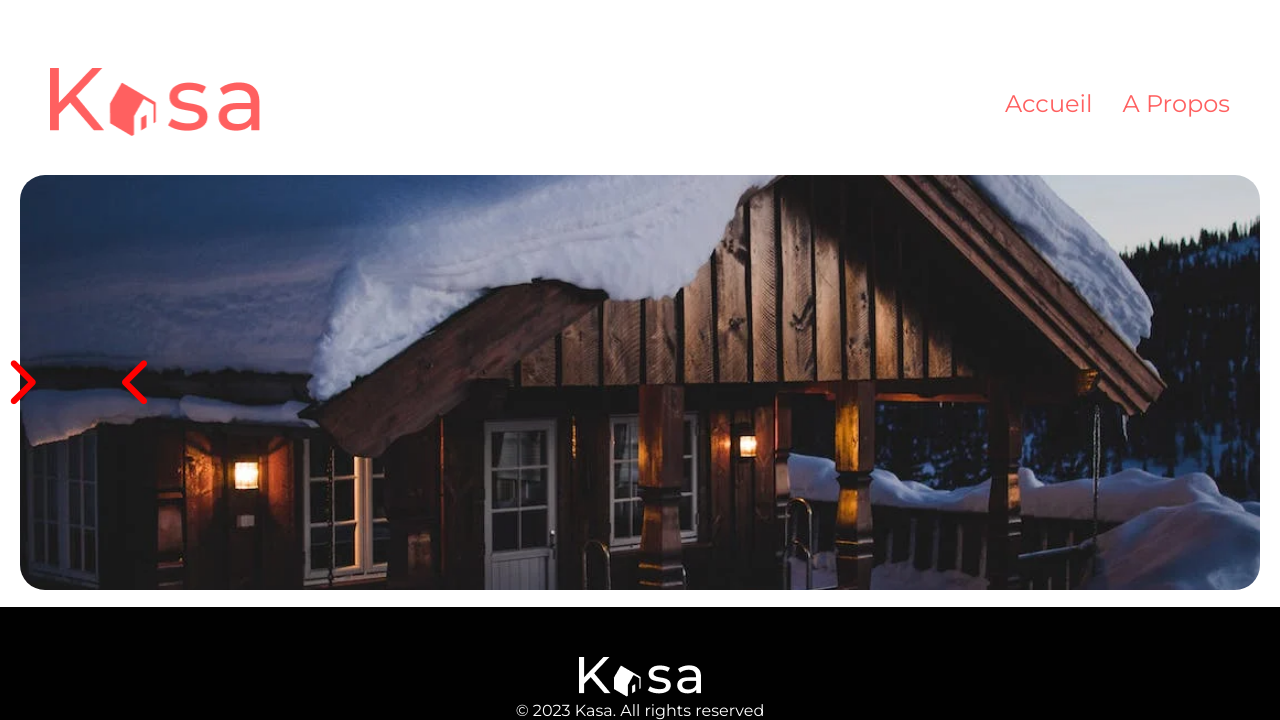
Repository: Ascaris29/Kasa_oc
Page: /essai (app in kasa_project/)
An editor plug-in stored every save of this project. The page is shown before and after the next save, followed by the edit.
The browser window is 1280 px wide. The pictures show the whole page.
Some web libraries are served in a nearby version. The project was rebuilt for these pictures with package versions that can differ from the ones it lists, and the page was loaded fresh each time. Also part of the build but not shown: kasa_project/src/pages/homepage/Homepage.module.scss, kasa_project/src/pages/homepage/components/CardLogement.module.scss, kasa_project/src/pages/homepage/components/CardLogement.js, kasa_project/src/pages/homepage/Homepage.js, kasa_project/src/pages/404/404.module.scss, kasa_project/src/pages/404/404.js, kasa_project/src/pages/a_propos/APropos.module.scss, kasa_project/src/pages/a_propos/components/CardDescription.module.scss and 6 more.

Above is the page before, as saved 2023-03-16 16:21:36.

### kasa_project/public/index.html
<!DOCTYPE html>
<html lang="fr">
  <head>
    <meta charset="utf-8" />
    <link rel="icon" href="%PUBLIC_URL%/favicon.ico" />
    <meta name="viewport" content="width=device-width, initial-scale=1" />
    <meta name="theme-color" content="#000000" />
    <meta
      name="description"
      content="Web site created using create-react-app"
    />
    <link rel="apple-touch-icon" href="%PUBLIC_URL%/logo192.png" />
    <!--
      manifest.json provides metadata used when your web app is installed on a
      user's mobile device or desktop. See https://developers.google.com/web/fundamentals/web-app-manifest/
    -->

    <!----------------------------------------------------------- Fonts ----------------------------------------------------------------------->
    <link rel="preconnect" href="https://fonts.googleapis.com">
    <link rel="preconnect" href="https://fonts.gstatic.com" crossorigin>
    <link href="https://fonts.googleapis.com/css2?family=Montserrat:wght@400;500;600&family=Roboto&display=swap" rel="stylesheet">
    <!----------------------------------------------------------- Icons ----------------------------------------------------------------------->
    <script src="https://kit.fontawesome.com/e65359aae8.js" crossorigin="anonymous"></script>
    <!--
      Notice the use of %PUBLIC_URL% in the tags above.
      It will be replaced with the URL of the `public` folder during the build.
      Only files inside the `public` folder can be referenced from the HTML.

      Unlike "/favicon.ico" or "favicon.ico", "%PUBLIC_URL%/favicon.ico" will
      work correctly both with client-side routing and a non-root public URL.
      Learn how to configure a non-root public URL by running `npm run build`.
    -->
    <title>Kasa</title>
  </head>
  <body>
    <noscript>You need to enable JavaScript to run this app.</noscript>
    <div id="root"></div>
    <!--
      This HTML file is a template.
      If you open it directly in the browser, you will see an empty page.

      You can add webfonts, meta tags, or analytics to this file.
      The build step will place the bundled scripts into the <body> tag.

      To begin the development, run `npm start` or `yarn start`.
      To create a production bundle, use `npm run build` or `yarn build`.
    -->
  </body>
</html>

### kasa_project/src/index.js
import React from 'react';
import ReactDOM from 'react-dom/client';
import App from './App';
import reportWebVitals from './reportWebVitals';
import './assets/styles/index.scss';
import { RouterProvider } from 'react-router-dom';
import { router } from "./router";

const root = ReactDOM.createRoot(document.getElementById('root'));
root.render(
  <React.StrictMode>
    <RouterProvider router={router} />
  </React.StrictMode>
);

// If you want to start measuring performance in your app, pass a function
// to log results (for example: reportWebVitals(console.log))
// or send to an analytics endpoint. Learn more: https://bit.ly/CRA-vitals
reportWebVitals();

### kasa_project/src/App.js
import Header from "./components/header/Header";
import Footer from "./components/footer/Footer";
import style from "./App.module.scss";
import Homepage from "./pages/homepage/Homepage";
import { Outlet } from "react-router-dom";

function App() {
  return (
      <div className={`${style.app} d-flex flex-column`}>
        <Header />
          <Outlet />
        <Footer />
      </div>
  );
}

export default App;

### kasa_project/src/assets/styles/index.scss
@use './base';
@use './flex';
@use './mixins';
@use './utils';
@use './variables';

### kasa_project/src/router.js
import { createBrowserRouter } from 'react-router-dom';
import App from './App';
import Error404 from './pages/404/404';
import APropos from './pages/a_propos/APropos';
import Homepage from './pages/homepage/Homepage';
import Caroussel from './pages/logement/components/caroussel/Caroussel';
import FicheLogement from './pages/logement/FicheLogement';


export const router = createBrowserRouter([
    {
        path : "/",
        element : <App />,
        errorElement: <Error404 />,
        children : [
            {
                path : "/",
                element : <Homepage />
            } ,
            {
                path : "/homepage",
                element : <Homepage />
            },
            {
                path: "/apropos",
                element : <APropos />
            },
            {
                path: "/logement/:id",
                element : <FicheLogement />
            },
            {
                path: "/essai",
                element: <Caroussel />
            }
        ],
    }
])

### kasa_project/src/components/header/Header.js
import image from "../../assets/images/logo_header.png";
import style from "./Header.module.scss";
import { Link, NavLink } from "react-router-dom";

export default function Header(){
    return (
        <header className={`${style.header} d-flex justify-between align-center`}>
            <Link className={`${style.headerIcon}`} to="/homepage">
                <img src={image} alt="logo du site Kasa representant une maison"/>
            </Link>
            <div className={`${style.headerNav}`}>
                <ul className="d-flex">
                    <NavLink
                    className={`${style.headerItems} m-r-30`}
                    to="/homepage"
                    end
                    >
                    Accueil
                    </NavLink>
                    <NavLink
                    className={`${style.headerItems}`}
                    to="/apropos"
                    >
                    A Propos
                    </NavLink>
                </ul>
            </div>
        </header>
    )
}

### kasa_project/src/components/footer/Footer.js
import style from "./Footer.module.scss";
import image from "../../assets/images/logo_footer.png";

export default function Footer(){
    return (
        <footer className={`${style.footer} d-flex p-t-50 flex-column justify-center align-center`}>
            <div className={`${style.footerLogo} `}>
                <img src={image} alt="" />
            </div>
            <div className="footerText">
                <p>© 2023 Kasa. All rights reserved</p>
            </div>
        </footer>
    )
}

### kasa_project/src/App.module.scss
.app{
    min-height:100vh;
}

### kasa_project/src/assets/styles/_base.scss

*{
    box-sizing: border-box;
}

body{
    margin:0;
    padding:0;
    font-family: var(--montserrat);

}

p{
    margin:0;
}

li{
    list-style-type: none;

}

.link{
    color:var(--primary);
    font-size:18px;
}

.active{
    text-decoration:underline;
}

### kasa_project/src/assets/styles/_flex.scss
.d-flex{
    display: flex;
}

.flex-column{
    flex-direction : column;
}

.flex-row{
    flex-direction: row;
}

.justify-center{
    justify-content: center;
}

.align-center{
    align-items: center;
}

.flex-fill{
    flex : 1 1 auto;
}

.justify-between{
    justify-content: space-between;
}

### kasa_project/src/assets/styles/_mixins.scss
@mixin xs{
    @media (max-width:576px){
        @content;
    }
}

@mixin sm{
    @media (min-width : 577px) and (max-width : 768px){
        @content;
    }
}

@mixin sm-lt{
    @media (max-width : 768px){
        @content;
    }
}

@mixin md{
    @media (min-width : 769px) and (max-width : 992px){
        @content;
    }
}

@mixin md-lt{
    @media (max-width : 992px){
        @content;
    }
}

@mixin lg{
    @media (min-width : 993px) and (max-width : 1200px){
        @content;
    }
}

@mixin lg-lt{
    @media (max-width : 1200px){
        @content;
    }
}

@mixin xl{
    @media (min-width : 1201px){
        @content;
    }
}

### kasa_project/src/assets/styles/_utils.scss
/*------------------------------------ General ------------------------------*/
.container{
    max-width:1200px;
    margin: auto;
    width:100%;
}
.card{

}
.calc{
    position:fixed;
    top:0;
    left:0;
    width:100%;
    height:100vh;
}

/*------------------------------------ Padding ------------------------------*/
.p-5{
    padding: 5px;
}
.p-10{
    padding:10px;
}
.p-20{
   padding:20px;
}
.p-30{
    padding:30px;
}
.p-40{
    padding:40px;
}
.p-50{
    padding:50px;
}

.p-b-5{
   padding-bottom: 5px;
}
.p-b-10{
   padding-bottom: 10px;
}
.p-b-20{
    padding-bottom: 20px;
}
.p-b-30{
    padding-bottom: 30px;
}
.p-b-40{
    padding-bottom: 40px;
}
.p-b-50{
    padding-bottom: 50px;
}


.p-t-5{
    padding-top: 5px;
}
.p-t-10{
    padding-top: 10px;
}
.p-t-20{
     padding-top: 20px;
}
.p-t-30{
     padding-top: 30px;
}
.p-t-40{
    padding-top: 40px;
}
.p-t-50{
    padding-top: 50px;
}


.p-l-5{
    padding-left: 5px;
}
.p-l-10{
    padding-left: 10px;
}
.p-l-20{
     padding-left: 20px;
}
.p-l-30{
     padding-left: 30px;
}
.p-l-40{
    padding-left: 40px;
}
.p-l-50{
    padding-left: 50px;
}



.p-r-5{
    padding-right: 5px;
}
.p-r-10{
    padding-right: 10px;
}
.p-r-20{
     padding-right: 20px;
}
.p-r-30{
     padding-right: 30px;
}
.p-r-40{
    padding-right: 40px;
}
.p-r-50{
    padding-right: 50px;
}


/*------------------------------------------------ Margin -------------------------------------------*/

.m-auto{
    margin:auto;
}
.m-5{
    margin: 5px;
}
.m-10{
    margin:10px;
}
.m-20{
   margin:20px;
}
.m-30{
    margin:30px;
}
.m-40{
    margin:40px;
}
.m-50{
    margin:50px;
}



.m-b-5{
    margin-bottom: 5px;
}
.m-b-10{
    margin-bottom: 10px;
}
.m-b-20{
    margin-bottom: 20px;
}
.m-b-30{
    margin-bottom: 30px;
}
.m-b-40{
    margin-bottom: 40px;
}
.m-b-50{
    margin-bottom: 50px;
}



.m-t-5{
    margin-top: 5px;
}
.m-t-10{
    margin-top: 10px;
}
.m-t-20{
     margin-top: 20px;
}
.m-t-30{
     margin-top: 30px;
}
.m-t-40{
    margin-top: 40px;
}
.m-t-50{
    margin-top: 50px;
}




.m-l-5{
    margin-left: 5px;
}
.m-l-10{
    margin-left: 10px;
}
.m-l-20{
     margin-left: 20px;
}
.m-l-30{
     margin-left: 30px;
}
.m-l-40{
    margin-left: 40px;
}
.m-l-50{
    margin-left: 50px;
}




.m-r-5{
    margin-right: 5px;
}
.m-r-10{
    margin-right: 10px;
}
.m-r-20{
     margin-right: 20px;
}
.m-r-30{
     margin-right: 30px;
}
.m-r-40{
    margin-right: 40px;
}
.m-r-50{
    margin-right: 50px;
}

### kasa_project/src/assets/styles/_variables.scss

/*----------------------------------------------------------------------------Color-----------------------------------------------------------------*/

:root{
    --primary: #FF6060;
    --grey1:#F6F6F6;
    --grey2: #E3E3E3;
    --grey3:#C4C4C4;
    --black: #010101;
    /*----------------------------------------------------------------------------Font-----------------------------------------------------------------*/
    --montserrat : 'Montserrat', sans-serif;
    --radius:25px;
}

### kasa_project/src/pages/logement/components/caroussel/Caroussel.js
import { useState } from "react";
import style from "./Caroussel.module.scss";

import img1 from "../../../../assets/images/pexels-photo-950058.webp";
import img2 from "../../../../assets/images/pexels-photo-1013427.jpeg";
import img3 from "../../../../assets/images/pexels-photo-1612351.jpeg";

export default function Caroussel(){

    //importer les images de l'api
    const arrayImage = [
        img1,
        img2,
        img3
    ];

    const [index, setIndex] = useState(0);

    //console.log(arrayImage);
    function handleClickCarousselPrev(){
        if(index > 0 && index < arrayImage.length){
            let i = index - 1;
            setIndex(i);
        }else{
            setIndex(arrayImage.length -1);
        }
    }

    function handleClickCarousselAfter(){
        if(index < arrayImage.length){
            let i = index + 1;
            setIndex(i);
        };
    }

    //a voir avec julien
    if(index === arrayImage.length){
        setIndex(0)
    }

    return (
        <div className={`${style.caroussel}`}>
            { arrayImage.map((item, i) => i === index && (
                <img src={item} alt="" className={`${style.carousselImage}`}/>
            )
            )}
            <i className={`${style.chevronLeft} fa-solid fa-chevron-left`} onClick={handleClickCarousselPrev}></i>
            <i className={`${style.chevronRight} fa-solid fa-chevron-right`} onClick={handleClickCarousselAfter}></i>
        </div>
    )



}

### kasa_project/src/components/header/Header.module.scss
@use "../../assets/styles/mixins" as mixin;

.header{
    max-width:1240px;
    margin:auto;
    width:100%;
    padding:50px 30px 0 30px;
    .headerIcon{
        img{
            width:210px;
            height:68px;
            @include mixin.sm-lt{
                width:145px;
                height:47px;
            }
            @include mixin.xs{
                width:99px;
                height:35px;
            }
        }
    }

}
/*sorti de la classe header car sinon je ne peux pas mettre de classe active dessus*/
.headerItems{
    color:var(--primary);
    text-decoration:none;
    cursor:pointer;
    font-size:24px;
    @include mixin.sm-lt{
        font-size:20px;
    }
    @include mixin.xs{
        font-size:15px;
    }
}

### kasa_project/src/components/footer/Footer.module.scss
.footer{
    background-color:var(--black);
    color:white;
    .footerLogo{
        img{
            width:122px;
            height:40px;
        }
    }
}

### kasa_project/src/pages/logement/components/caroussel/Caroussel.module.scss
.caroussel{
    max-width:1240px;
    margin:auto;
    width:100%;
    height:415px;
    position:relative;
    .carousselImage{
        width:100%;
        height:100%;
        object-fit:cover;
        display:block;
        border-radius:var(--radius);
    }
    .chevronRight{
        position:absolute;
        top:50%;
        left:0;
        font-size:50px;
        color:red;
        transform:translate(-50%, -50%);
    }
    .chevronLeft{
        position:absolute;
        top:50%;
        right:88%;
        font-size:50px;
        color:red;
        transform:translate(-50%, -50%);
    }
}

Loaded but not shown: kasa_project/src/reportWebVitals.js (common file)

After the next save:
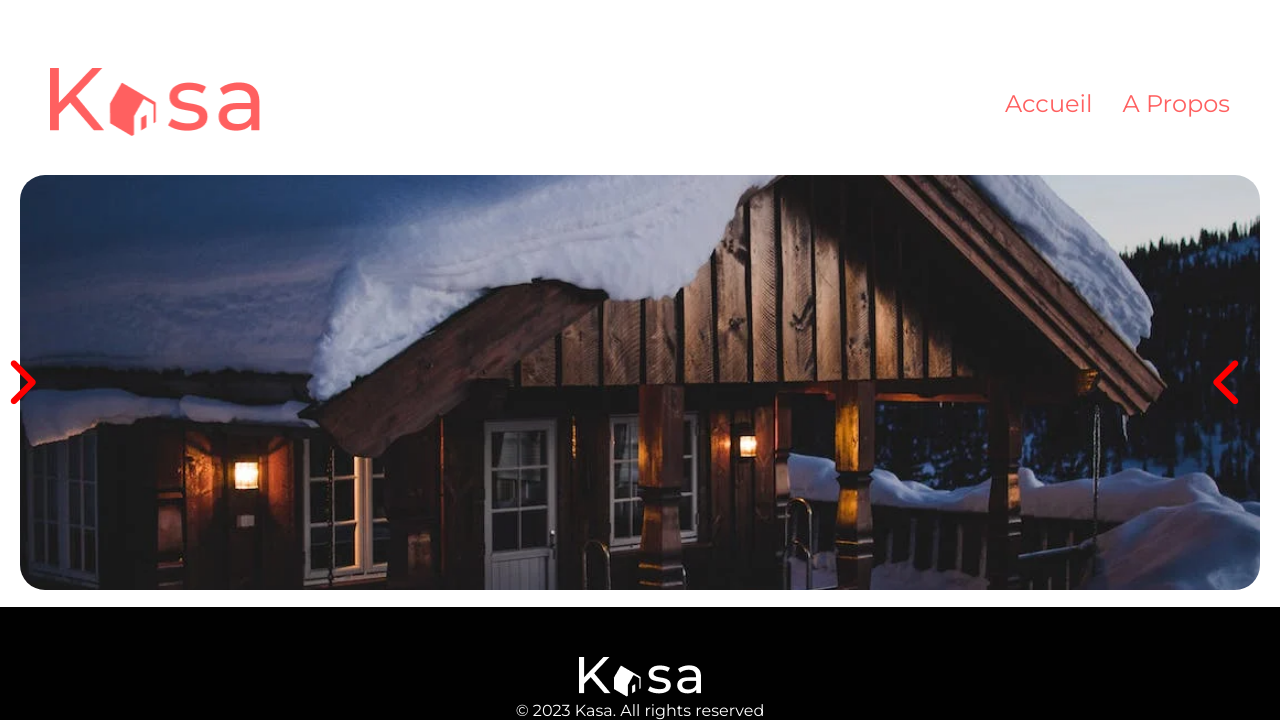
Saved 5 s later.
--- a/kasa_project/src/pages/logement/components/caroussel/Caroussel.module.scss
+++ b/kasa_project/src/pages/logement/components/caroussel/Caroussel.module.scss
@@ -22,7 +22,7 @@
     .chevronLeft{
         position:absolute;
         top:50%;
-        right:88%;
+        right:0;
         font-size:50px;
         color:red;
         transform:translate(-50%, -50%);
